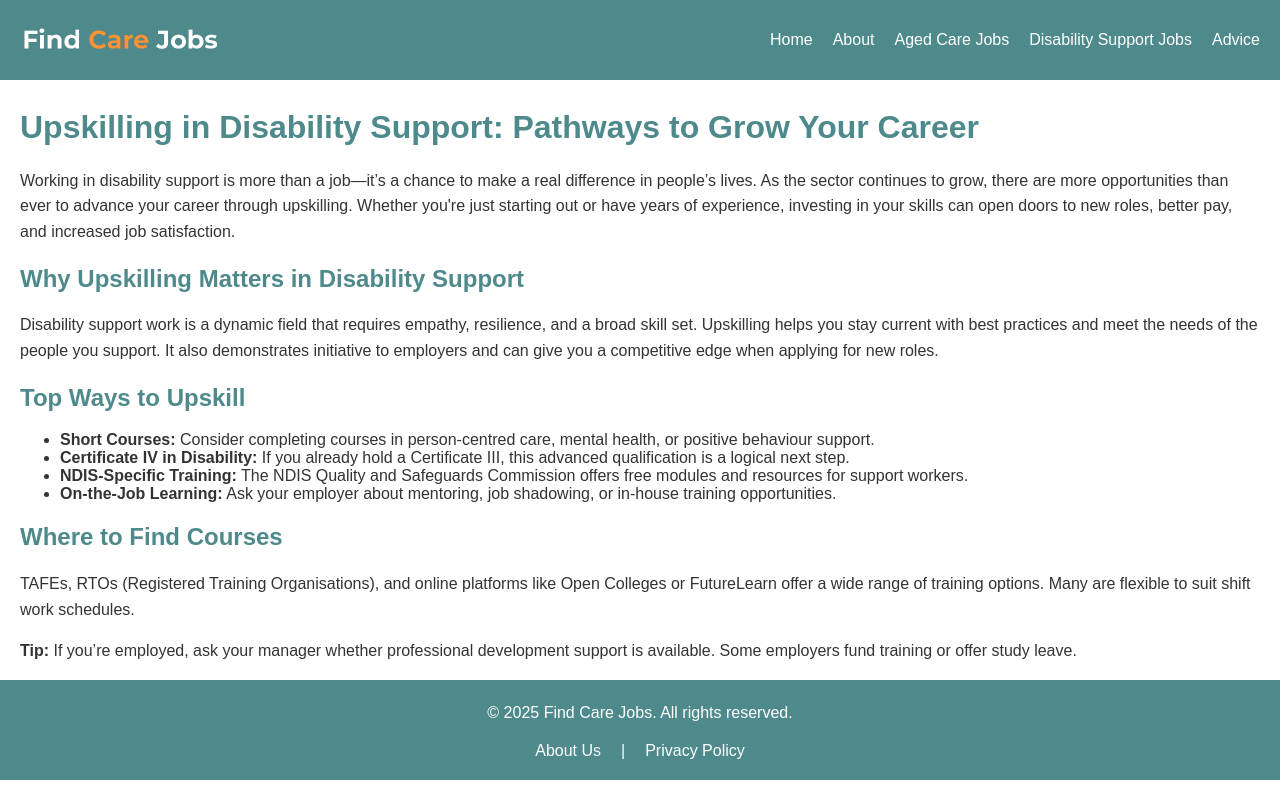
Repository: RichardCareJobs/find-care-jobs
Page: posts/upskilling-in-disability-support-work.html
These files come from the project's save history. The page is drawn as it stood at one moment and after the next save; the edit follows.
The browser window is 1280 px wide. The pictures show the whole page.

Above is the page before, as saved 2025-05-31 10:22:14.

### posts/upskilling-in-disability-support-work.html
<!DOCTYPE html>
<html lang="en">
<head>
  <script>(function(w,d,s,l,i){w[l]=w[l]||[];w[l].push({'gtm.start':
  new Date().getTime(),event:'gtm.js'});var f=d.getElementsByTagName(s)[0],
  j=d.createElement(s),dl=l!='dataLayer'?'&l='+l:'';j.async=true;j.src=
  'https://www.googletagmanager.com/gtm.js?id='+i+dl;f.parentNode.insertBefore(j,f);
  })(window,document,'script','dataLayer','GTM-5VNSJFMC');</script>
  <meta charset="UTF-8" />
  <meta name="viewport" content="width=device-width, initial-scale=1.0" />
  <<!-- Meta Tags for SEO -->
<title>Upskilling in Disability Support: How to Grow Your Career | Find Care Jobs</title>
<meta name="description" content="Looking to grow your career in disability support? Discover upskilling pathways and training options to boost your skills and unlock new opportunities.">

<!-- Open Graph / Facebook / LinkedIn -->
<meta property="og:title" content="Upskilling in Disability Support: How to Grow Your Career">
<meta property="og:description" content="Explore training and development options in disability support, including Certificate IV and NDIS training to advance your care career.">
<meta property="og:url" content="https://findcarejobs.com.au/posts/upskilling-in-disability-support-work.html">
<meta property="og:type" content="article">
<meta property="og:image" content="https://findcarejobs.com.au/images/blog/disability-upskilling.jpg">

  <link rel="stylesheet" href="../styles.css" />
</head>
<body>
  <noscript><iframe src="https://www.googletagmanager.com/ns.html?id=GTM-5VNSJFMC"
    height="0" width="0" style="display:none;visibility:hidden"></iframe></noscript>
  <div id="global-header"></div>
  <main>
  <h1>Upskilling in Disability Support: Pathways to Grow Your Career</h1>

  <p>Working in disability support is more than a job—it’s a chance to make a real difference in people’s lives. As the sector continues to grow, there are more opportunities than ever to advance your career through upskilling. Whether you're just starting out or have years of experience, investing in your skills can open doors to new roles, better pay, and increased job satisfaction.</p>

  <h2>Why Upskilling Matters in Disability Support</h2>

  <p>Disability support work is a dynamic field that requires empathy, resilience, and a broad skill set. Upskilling helps you stay current with best practices and meet the needs of the people you support. It also demonstrates initiative to employers and can give you a competitive edge when applying for new roles.</p>

  <h2>Top Ways to Upskill</h2>

  <ul>
    <li><strong>Short Courses:</strong> Consider completing courses in person-centred care, mental health, or positive behaviour support.</li>
    <li><strong>Certificate IV in Disability:</strong> If you already hold a Certificate III, this advanced qualification is a logical next step.</li>
    <li><strong>NDIS-Specific Training:</strong> The NDIS Quality and Safeguards Commission offers free modules and resources for support workers.</li>
    <li><strong>On-the-Job Learning:</strong> Ask your employer about mentoring, job shadowing, or in-house training opportunities.</li>
  </ul>

  <h2>Where to Find Courses</h2>

  <p>TAFEs, RTOs (Registered Training Organisations), and online platforms like Open Colleges or FutureLearn offer a wide range of training options. Many are flexible to suit shift work schedules.</p>

  <p><strong>Tip:</strong> If you’re employed, ask your manager whether professional development support is available. Some employers fund training or offer study leave.</p>
</main>
  <div id="global-footer"></div>
  <script>
    fetch('../header.html').then(res => res.text()).then(data => document.getElementById('global-header').innerHTML = data);
    fetch('../footer.html').then(res => res.text()).then(data => document.getElementById('global-footer').innerHTML = data);
  </script>
</body>
</html>

### header.html
<header>
    <div class="header-container">

      <div class="logo">
  <a href="/">
    <img src="/images/FCJ-Logo-Horizontal.png" alt="Find Care Jobs" height="60" width="200" />
  </a>
</div>


      <!-- favicon -->
<link rel="icon" type="image/png" sizes="96x96" href="/favicon-96x96.png" />
<link rel="icon" type="image/svg+xml"       href="/favicon.svg"          />
<link rel="shortcut icon"                    href="/favicon.ico"          />
<link rel="apple-touch-icon" sizes="180x180" href="/apple-touch-icon.png" />
<meta name="apple-mobile-web-app-title" content="Find Care Jobs" />
<link rel="manifest"                         href="/site.webmanifest"     />


      <!-- Normal Nav Links (Desktop) -->
      <nav class="nav-links">
        <a href="/index.html">Home</a>
        <a href="/about.html">About</a>
        <a href="/aged-care-jobs.html">Aged Care Jobs</a>
        <a href="/disability-support-jobs.html">Disability Support Jobs</a>
        <a href="/advice.html">Advice</a>

      </nav>

      <!-- Hamburger Icon (Mobile) -->
      <div class="hamburger-menu" id="hamburger-menu">
        &#9776; <!-- A simple Unicode hamburger icon -->
      </div>
    </div>

    <!-- Collapsible Menu (Mobile) -->
    <nav class="mobile-nav" id="mobile-nav">
      <a href="/index.html">Home</a>
        <a href="/about.html">About</a>
        <a href="/aged-care-jobs.html">Aged Care Jobs</a>
        <a href="/disability-support-jobs.html">Disability Support Jobs</a>
        <a href="/advice.html">Advice</a>

    </nav>
  </header>

### footer.html
<footer class="global-footer">
    <p>&copy; 2025 Find Care Jobs. All rights reserved.</p>
    <nav>
        <a href="/about">About Us</a> |

        <a href="/privacy">Privacy Policy</a>
    </nav>
</footer>

Loaded but not shown: styles.css (943 lines, source omitted)

After the next save:
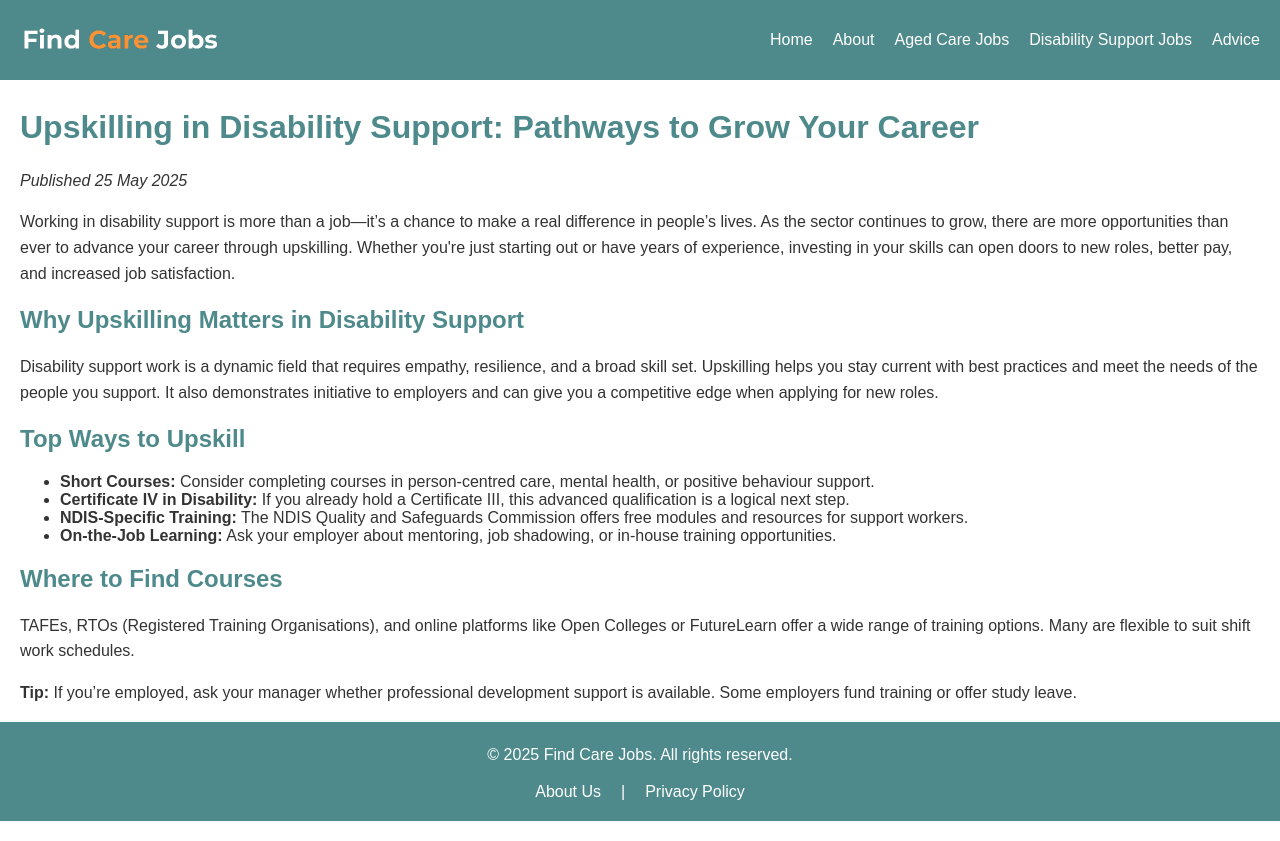
Saved 113 s later.
--- a/posts/upskilling-in-disability-support-work.html
+++ b/posts/upskilling-in-disability-support-work.html
@@ -27,6 +27,7 @@
   <div id="global-header"></div>
   <main>
   <h1>Upskilling in Disability Support: Pathways to Grow Your Career</h1>
+  <p><em>Published 25 May 2025</em></p>
 
   <p>Working in disability support is more than a job—it’s a chance to make a real difference in people’s lives. As the sector continues to grow, there are more opportunities than ever to advance your career through upskilling. Whether you're just starting out or have years of experience, investing in your skills can open doors to new roles, better pay, and increased job satisfaction.</p>
 
